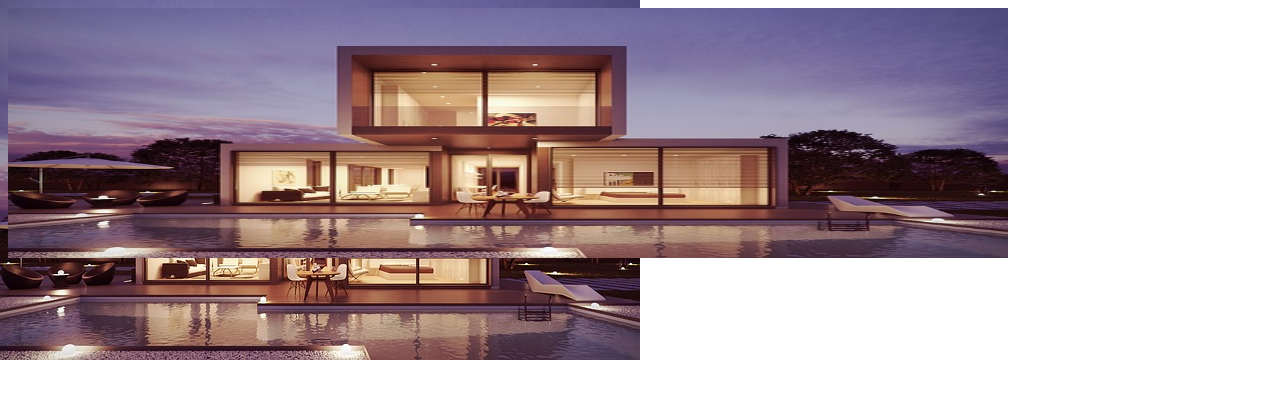
Repository: khadri2021/A2023_Task_Property_Management
Page: AdderssMakersWeb/WebContent/bottom.html
The author's editor kept a copy of each file at every save. The page is drawn from the files as they stood at one save, then again after the next save.
The browser window is 1280 px wide. The pictures show the whole page.

Above is the page before, as saved 2024-02-11 11:22:26.

After the next save:
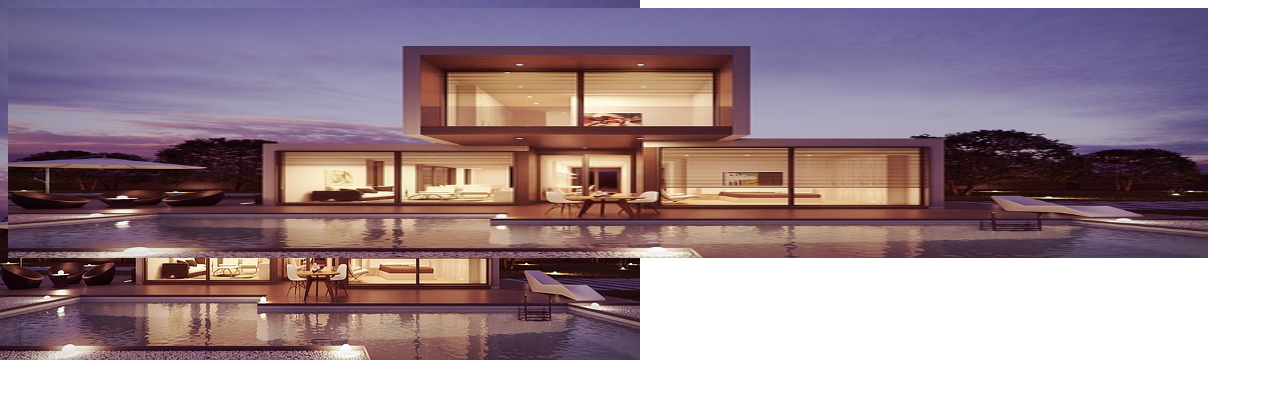
Saved 19 s later.
--- a/AdderssMakersWeb/WebContent/bottom.html
+++ b/AdderssMakersWeb/WebContent/bottom.html
@@ -26,7 +26,7 @@ body {
 <body>
 <tr>
 <td><a href="Add.jsp"> <img src="./images/home.jpg" alt=" "
-		style="width: 1000px; height: 250px;">
+		style="width: 1200px; height: 250px;">
 	</a>
 	</td>
 </tr>
